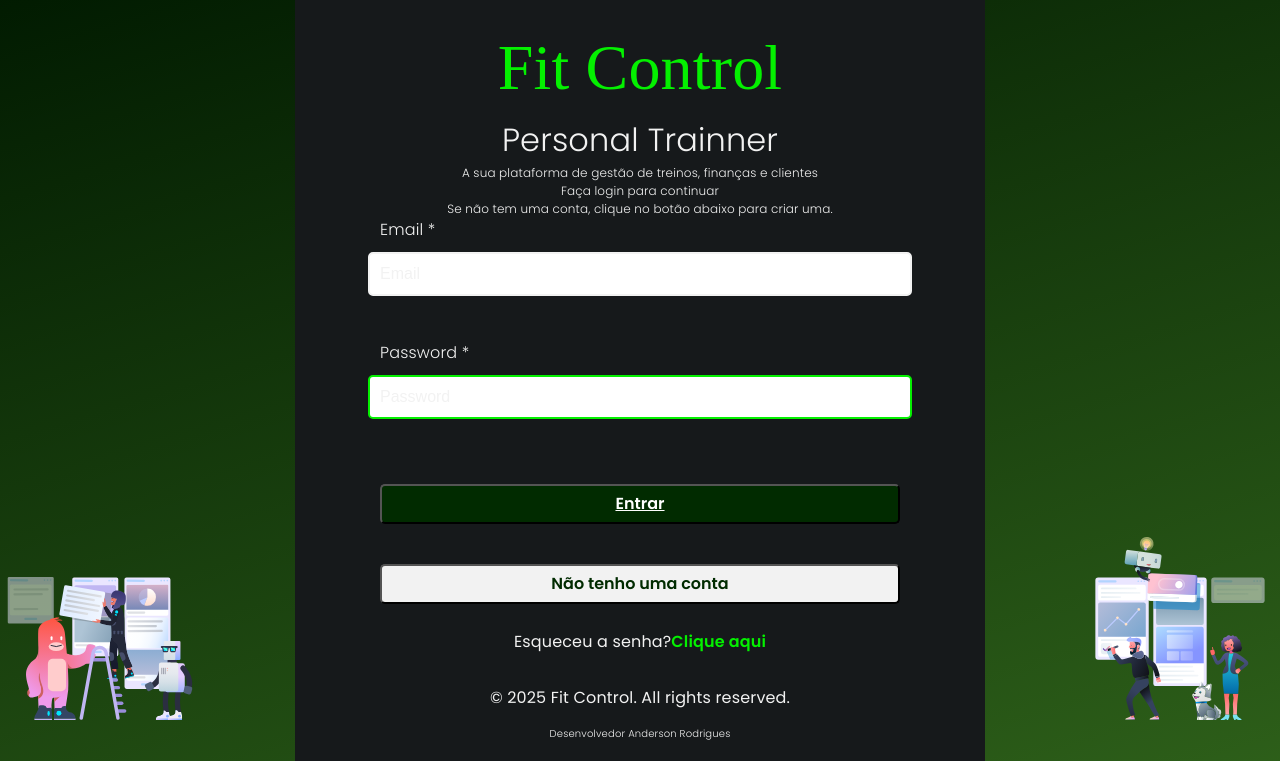
Repository: fit-control/frontend-fit-control
Page: /
An editor plug-in stored every save of this project. The page is shown before and after the next save, followed by the edit.
The browser window is 1280 px wide. The pictures show the whole page.
The pointer rests on the first visible `.button1`.
Some web fonts or font styles are not loaded; a fallback is used. The project was rebuilt for these pictures with package versions that can differ from the ones it lists, and the page was loaded fresh each time. Settings that the repository does not hold, such as keys and server addresses, were given made-up values. Also part of the build but not shown: next.config.js, vite.config.ts, src/components/containerCenterCadastro.tsx, src/pages/About.tsx, src/pages/NotFound.tsx, src/components/AuthRoutes.tsx, src/pages/PaginaTeste.tsx.

Above is the page before, as saved 2025-03-23 16:54:26.

After the next save:
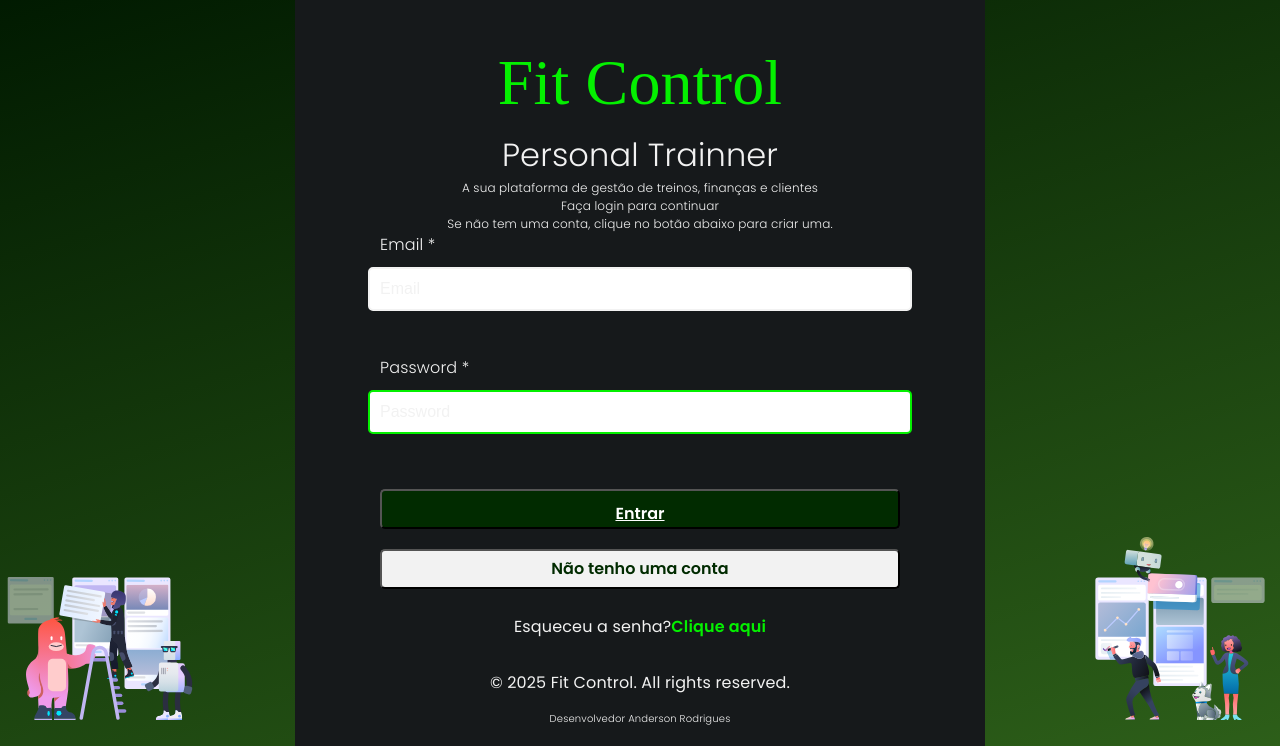
Saved 16 s later.
--- a/src/App.css
+++ b/src/App.css
@@ -193,7 +193,7 @@ body {
         color: #FFFFFF !important;
       }
       .button1:hover{
-        margin: 20px;
+        padding: 10px;
       }
       button:hover {
         background-color: #F2F2F2;
